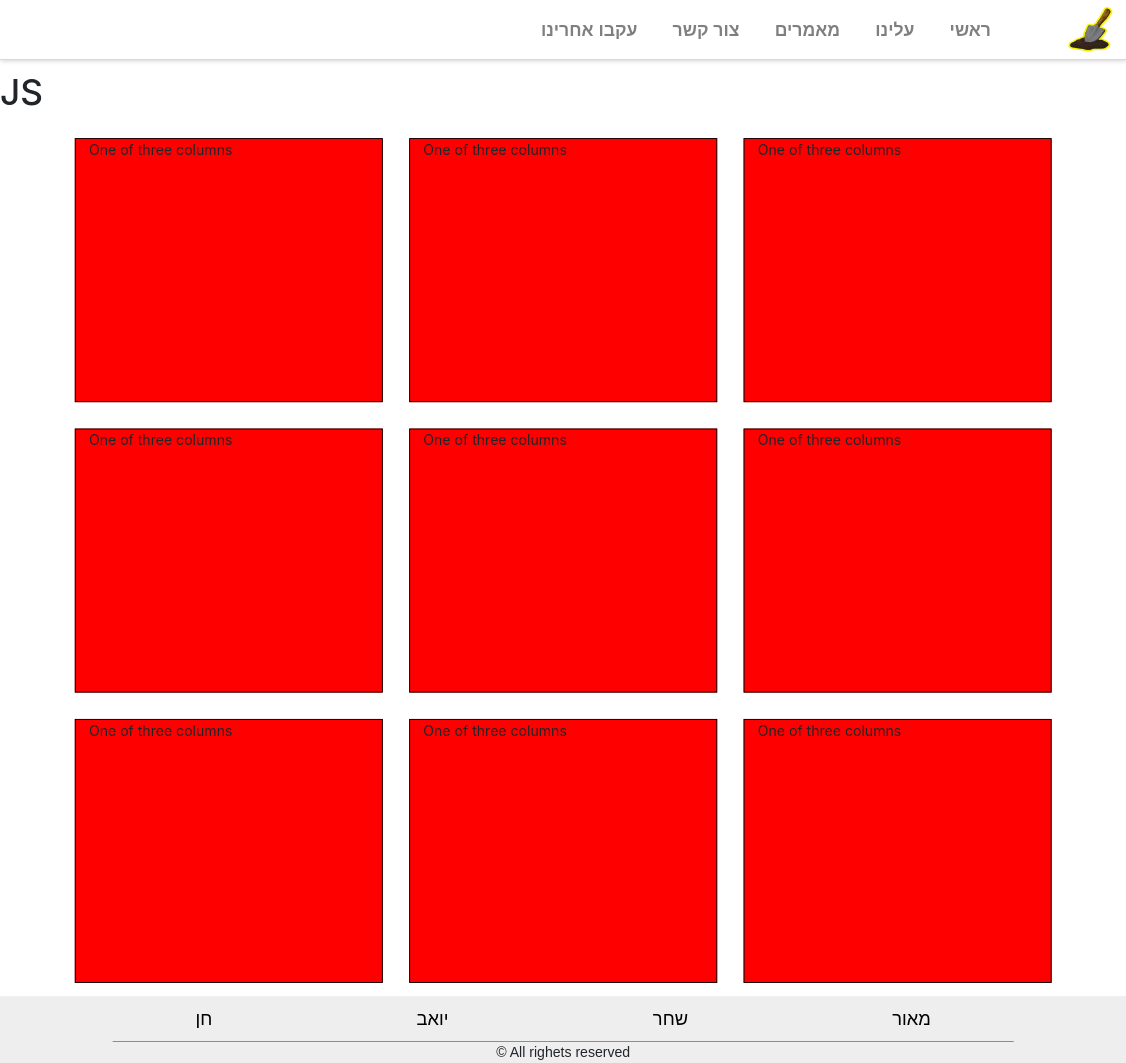
Repository: yoavBenZion/Blog-Zubi
Page: articlesPage.html
An editor plug-in stored every save of this project. The page is shown before and after the next save, followed by the edit.
The browser window is 1280 px wide. The pictures show the whole page, at 88% of full size.
Some web fonts or font styles are not loaded; a fallback is used. Some web libraries are served in a nearby version.

Above is the page before, as saved 2017-10-26 11:51:30.

### articlesPage.html
<!DOCTYPE html>
<html lang="he">

<head>
    <meta charset="UTF-8">
    <meta name="viewport" content="width=device-width, initial-scale=1,user-scalable=no;">
    <title>החופרים</title>
    <link rel="stylesheet" href="https://maxcdn.bootstrapcdn.com/bootstrap/4.0.0-beta/css/bootstrap.min.css" integrity="sha384-/Y6pD6FV/Vv2HJnA6t+vslU6fwYXjCFtcEpHbNJ0lyAFsXTsjBbfaDjzALeQsN6M"
        crossorigin="anonymous">
    <link rel="stylesheet" href="https://maxcdn.bootstrapcdn.com/bootstrap/4.0.0-beta.2/css/bootstrap.min.css" integrity="sha384-PsH8R72JQ3SOdhVi3uxftmaW6Vc51MKb0q5P2rRUpPvrszuE4W1povHYgTpBfshb"
        crossorigin="anonymous">

    <script src="https://code.jquery.com/jquery-3.2.1.slim.min.js" integrity="sha384-KJ3o2DKtIkvYIK3UENzmM7KCkRr/rE9/Qpg6aAZGJwFDMVNA/GpGFF93hXpG5KkN"
        crossorigin="anonymous"></script>
    <script src="https://cdnjs.cloudflare.com/ajax/libs/popper.js/1.12.3/umd/popper.min.js" integrity="sha384-vFJXuSJphROIrBnz7yo7oB41mKfc8JzQZiCq4NCceLEaO4IHwicKwpJf9c9IpFgh"
        crossorigin="anonymous"></script>
    <script src="https://maxcdn.bootstrapcdn.com/bootstrap/4.0.0-beta.2/js/bootstrap.min.js" integrity="sha384-alpBpkh1PFOepccYVYDB4do5UnbKysX5WZXm3XxPqe5iKTfUKjNkCk9SaVuEZflJ"
        crossorigin="anonymous"></script>
    <link rel="stylesheet" href="css/Gridrispon.css" type="text/css">
    <link rel="stylesheet" href="css/header.css" type="text/css">
    <link rel="stylesheet" href="css/PopupRispon.css">
    <link rel="stylesheet" href="css/footer.css">
    <link rel="stylesheet" type="text/css" href="css/articlesPage.css">



</head>

<body dir="rtl">
    <header>

        <nav class="navbar navbar-expand-sm navbar-light bg-faded">
            <button class="navbar-toggler" type="button" data-toggle="collapse" data-target="#nav-content" aria-controls="nav-content"
                aria-expanded="false" aria-label="Toggle navigation">
                <span class="navbar-toggler-icon"></span>
            </button>
            <div class="logo">
                <img src="./img/shovel-575661_1280.png">
            </div>
            <!-- Brand -->
            <a class="navbar-brand" href="#"> </a>

            <!-- Links -->
            <div class="collapse navbar-collapse" id="nav-content">
                <ul class="navbar-nav">
                    <li class="nav-item">
                        <a class="nav-link" href="#1">ראשי</a>
                    </li>
                    <li class="nav-item">
                        <a class="nav-link" href="#2">עלינו</a>
                    </li>
                    <li class="nav-item">
                        <a class="nav-link" href="#5">מאמרים</a>
                    </li>
                    <li class="nav-item">
                        <a class="nav-link" href="contact.html">צור קשר</a>
                    </li>
                    <li class="nav-item">
                        <a class="nav-link" href="subscribe.html">עקבו אחרינו</a>
                    </li>

                </ul>

            </div>

        </nav>

    </header>


    <h1>JS</h1>
    <div class="container">
        <div class="row">
            <div class="col">
                One of three columns
            </div>
            <div class="col">
                One of three columns
            </div>
            <div class="col">
                One of three columns
            </div>
        </div>
        <div class="row">
            <div class="col">
                One of three columns
            </div>
            <div class="col">
                One of three columns
            </div>
            <div class="col">
                One of three columns
            </div>
        </div>
        <div class="row">
            <div class="col">
                One of three columns
            </div>
            <div class="col">
                One of three columns
            </div>
            <div class="col">
                One of three columns
            </div>
        </div>
    </div>

    <footer id="footer">
        <ul>
            <li class="box">
                <a class="button" href="#popup3">
                    מאור
                </a>
            </li>
            <li class="box">
                <a class="button" href="#popup2">
                    שחר
                </a>
            </li>
            <li class="box">
                <a class="button" href="#popup1">
                    יואב
                </a>
            </li>
            <li>
                <a class="button" href="#popup4">
                    חן
                </a>
            </li>
        </ul>
        </div>
        <!--yoav popup-->
        <div id="popup1" class="overlay">
            <div class="popup">
                <h2>Yoav Benzion</h2>
                <a class="close" href="#footer">&times;</a>
                <div class="content">
                    <div class="footer-social-icons">
                        <img class="avatar" src="img/yoav.jfif">
                        <p>front end web developer</p>
                        <h4 class="_14">Follow me on:</h4>
                        <ul class="social-icons">
                            <li>
                                <a href="https://www.facebook.com/yoav.benzion.5" target="_blank" class="social-icon">
                                    <i class="fa fa-facebook"></i>
                                </a>
                            </li>
                            <li>
                                <a href="https://twitter.com/Yoav_BenZion" target="_blank" class="social-icon">
                                    <i class="fa fa-twitter"></i>
                                </a>
                            </li>
                            <li>
                                <a href="https://github.com/yoavBenZion" target="_blank" class="social-icon">
                                    <i class="fa fa-github"></i>
                                </a>
                            </li>
                            <li>
                                <a href="https://codepen.io/yoavBZ/" target="_blank" class="social-icon">
                                    <i class="fa fa-codepen"></i>
                                </a>
                            </li>
                            <li>
                                <a href="https://www.linkedin.com/in/yoav-benzion-45818360/" target="_blank" class="social-icon">
                                    <i class="fa fa-linkedin"></i>
                                </a>
                            </li>
                            <li>
                                <a href="https://stackoverflow.com/users/8386160/yoav-b" target="_blank" class="social-icon">
                                    <i class="fa fa-stack-overflow"></i>
                                </a>
                            </li>
                        </ul>
                    </div>
                </div>
            </div>
        </div>
        <!--Shachar popup-->
        <div id="popup2" class="overlay">
            <div class="popup">
                <h2>Shachar</h2>
                <a class="close" href="#footer">&times;</a>
                <div class="content">
                    <div class="footer-social-icons">
                        <img class="avatar" src="img/kid.jpg">
                        <p>front end web developer</p>
                        <h4 class="_14">Follow me on:</h4>
                        <ul class="social-icons">
                            <li>
                                <a href="" class="social-icon">
                                    <i class="fa fa-facebook"></i>
                                </a>
                            </li>
                            <li>
                                <a href="" class="social-icon">
                                    <i class="fa fa-twitter"></i>
                                </a>
                            </li>
                            <li>
                                <a href="" class="social-icon">
                                    <i class="fa fa-github"></i>
                                </a>
                            </li>
                            <li>
                                <a href="" class="social-icon">
                                    <i class="fa fa-codepen"></i>
                                </a>
                            </li>
                            <li>
                                <a href="" class="social-icon">
                                    <i class="fa fa-linkedin"></i>
                                </a>
                            </li>
                            <li>
                                <a href="" class="social-icon">
                                    <i class="fa fa-stack-overflow"></i>
                                </a>
                            </li>
                        </ul>
                    </div>
                </div>
            </div>
        </div>

        <!--Maor popup-->

        <div id="popup3" class="overlay">
            <div class="popup">
                <h2>Maor</h2>
                <a class="close" href="#footer">&times;</a>
                <div class="content">
                    <div class="footer-social-icons">
                        <img class="avatar" src="img/mona.jpg">
                        <p>front end web developer</p>
                        <h4 class="_14">Follow me on:</h4>
                        <ul class="social-icons">
                            <li>
                                <a href="" class="social-icon">
                                    <i class="fa fa-facebook"></i>
                                </a>
                            </li>
                            <li>
                                <a href="" class="social-icon">
                                    <i class="fa fa-twitter"></i>
                                </a>
                            </li>
                            <li>
                                <a href="" class="social-icon">
                                    <i class="fa fa-github"></i>
                                </a>
                            </li>
                            <li>
                                <a href="" class="social-icon">
                                    <i class="fa fa-codepen"></i>
                                </a>
                            </li>
                            <li>
                                <a href="" class="social-icon">
                                    <i class="fa fa-linkedin"></i>
                                </a>
                            </li>
                            <li>
                                <a href="" class="social-icon">
                                    <i class="fa fa-stack-overflow"></i>
                                </a>
                            </li>
                        </ul>
                    </div>
                </div>
            </div>
        </div>

        <!--Chen popup-->
        <div id="popup4" class="overlay">
            <div class="popup">
                <h2>Chen Ginsberg</h2>
                <a class="close" href="#footer">&times;</a>
                <div class="content">
                    <!--          <div class="footer-social-icons">-->
                    <img class="avatar" src="img/MINER.jpg">
                    <p>front end web developer</p>
                    <h4 class="_14">Follow me on:</h4>
                    <ul class="social-icons">
                        <li>
                            <a href="https://www.facebook.com/chenogi" class="social-icon">
                                <i class="fa fa-facebook"></i>
                            </a>
                        </li>
                        <li>
                            <a href="https://github.com/ChenGinsberg?" class="social-icon">
                                <i class="fa fa-github"></i>
                            </a>
                        </li>
                        <li>
                            <a href="https://www.linkedin.com/in/chen-ginsberg-8829a713b/" class="social-icon">
                                <i class="fa fa-linkedin"></i>
                            </a>
                        </li>
                        <li>
                            <a href="https://stackoverflow.com/users/8377318/chen-ginsberg" class="social-icon">
                                <i class="fa fa-stack-overflow"></i>
                            </a>
                        </li>
                    </ul>
                </div>
            </div>
        </div>



        <div class="footer-bottem" dir="ltr">&copy; All righets reserved </div>
    </footer>
    <script src="https://code.jquery.com/jquery-3.2.1.slim.min.js" integrity="sha384-KJ3o2DKtIkvYIK3UENzmM7KCkRr/rE9/Qpg6aAZGJwFDMVNA/GpGFF93hXpG5KkN"
        crossorigin="anonymous"></script>
    <script src="https://cdnjs.cloudflare.com/ajax/libs/popper.js/1.11.0/umd/popper.min.js" integrity="sha384-b/U6ypiBEHpOf/4+1nzFpr53nxSS+GLCkfwBdFNTxtclqqenISfwAzpKaMNFNmj4"
        crossorigin="anonymous"></script>
    <script src="https://maxcdn.bootstrapcdn.com/bootstrap/4.0.0-beta/js/bootstrap.min.js" integrity="sha384-h0AbiXch4ZDo7tp9hKZ4TsHbi047NrKGLO3SEJAg45jXxnGIfYzk4Si90RDIqNm1"
        crossorigin="anonymous"></script>
</body>

</html>

### css/footer.css
@import url(http://fonts.googleapis.com/earlyaccess/alefhebrew.css);
footer {
  background-color: #eee;
  text-align: center;
  font-family: "Alef Hebrew", sans-serif;
  font-size: 1.3rem;
}

footer ul {
  display: flex;
  flex-direction: row;
  padding-right: 0;
  justify-content: space-evenly;
}

footer ul>li {
  list-style: none;
  padding: 10px;
  /*  background-color: #29C3FF;*/
}

footer ul>li:nth-child(odd) {
  color: #93A2A8;
}

footer ul>li:nth-child(even) {
  color: #E2DDE7;
}

footer ul>li:hover {
  background-color: #fff;
  /*  flex: 1;*/
  /*  font-size: 1.5rem;*/
  color: #E2DD11;
  /*  background-repeat: no-repeat;*/
}


/*
footer ul {
  display: grid;
  grid-template-columns: repeat(4, 1fr);
  grid-auto-rows:minmax(50px, auto);
  margin-right: -40px;
 grid-gap: 0.5em;
}
*/

.about,
.footer-bottem {
  text-align: center;
  width: 80%;
  margin: 0 auto;
}

.about {
  border-bottom: 1px dotted black;
}

.footer-bottem {
  border-top: 0.5px solid grey;
  font-size: 1rem;
}

### css/articlesPage.css
/* Grid */

body {
    background-color: ;
}

.col {
    background-color: red;
    margin: 15px;
    height: 300px;
    border: 1px solid black;
}

Loaded but not shown: css/PopupRispon.css (986 lines, source omitted); css/Gridrispon.css (977 lines, source omitted); css/header.css (no stored copy; drawn as an empty file)

After the next save:
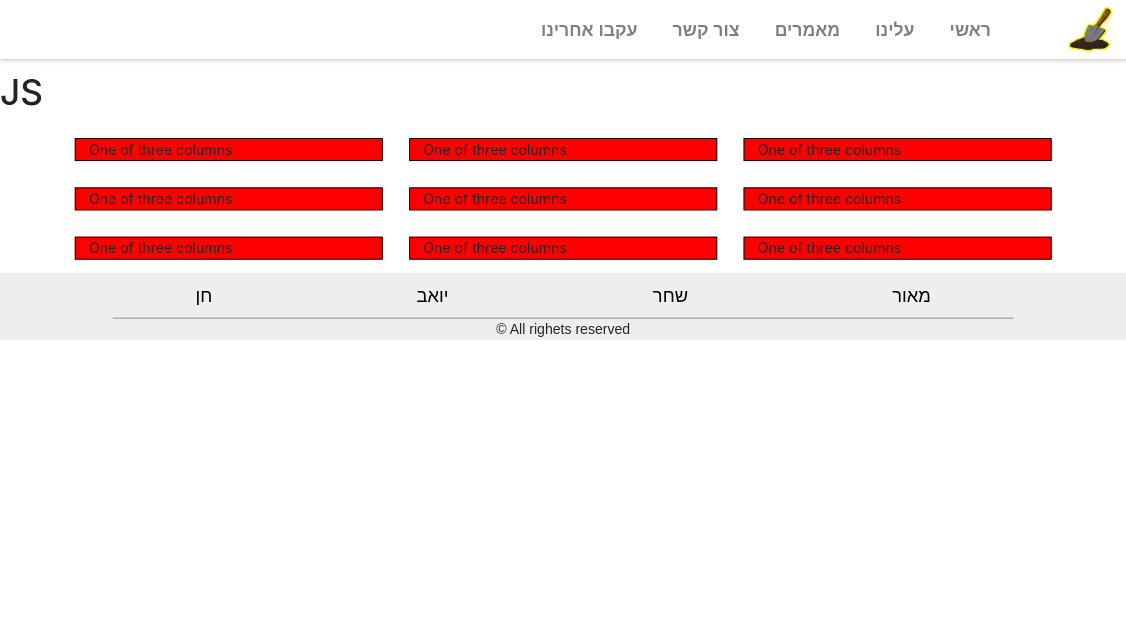
Saved 25 s later.
--- a/css/articlesPage.css
+++ b/css/articlesPage.css
@@ -7,6 +7,6 @@ body {
 .col {
     background-color: red;
     margin: 15px;
-    height: 300px;
+    height: 25%;
     border: 1px solid black;
 }
